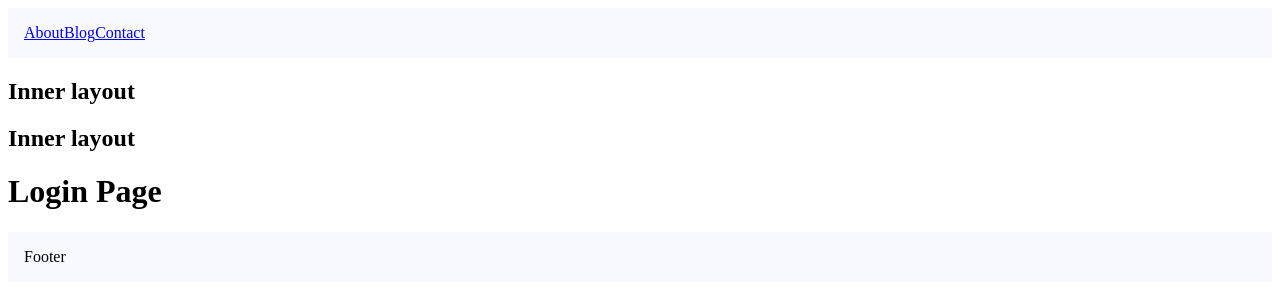
Repository: Mbote-Joseph/Nextjs-Learning
Page: /login
These files come from the project's save history. The page is drawn as it stood at one moment and after the next save; the edit follows.
The browser window is 1280 px wide. The pictures show the whole page.
The project was rebuilt for these pictures with package versions that can differ from the ones it lists, and the page was loaded fresh each time. The framework's server and built-in components were replaced by stand-ins that run in the browser. Also part of the build but not shown: next.config.mjs.

Above is the page before, as saved 2024-09-17 18:03:50.

### src/app/layout.tsx
import { Metadata } from "next"
import Header from "./header"
import Footer from "./footer"

export const metadata: Metadata = {
  title: {
    absolute: "",
    default: "Next.js Tutorial - CodeVolution",
    template: "%s | Learning Next",
  },
  description: 'Generated by Next.js',
}

export default function RootLayout({
  children,
}: {
  children: React.ReactNode
}) {
  return (
    <html lang="en">
      <body>

        <Header />

        {children}

        <Footer/>

        </body>
    </html>
  )
}

### src/app/(auth)/layout.tsx
export default function AuthLayout({
    children,
}: {
    children: React.ReactNode;
}){
    return (
        <div>
            <h2>Inner layout</h2>
            {children}
        </div>
    )
}

### src/app/(auth)/(with-auth-layout)/layout.tsx
export default function AuthLayout({
    children,
}: {
    children: React.ReactNode;
}){
    return (
        <div>
            <h2>Inner layout</h2>
            {children}
        </div>
    )
}

### src/app/(auth)/(with-auth-layout)/login/page.tsx
export default function Login(){
    return <h1>Login Page</h1>
}

### src/app/header.tsx
import Link from 'next/link';
import './header.css';

export default function Header() {
    return (
        <header className="header" style={{
            backgroundColor: "ghostwhite",
            padding: "1rem",
        }}>
            <Link className="navLink" href="/about">About</Link>
            <Link className="navLink"  href="/blog">Blog</Link>
            <Link className="navLink"  href="/contact">Contact</Link>


        </header>
    )
}

### src/app/footer.tsx
export default function Footer(){
    return (
        <footer style={{
            backgroundColor: "ghostwhite",
            padding: "1rem",
          }}>
            Footer
          </footer>

    )
}

### src/app/header.css
.navLink {
    color: "black";
    text-decoration: "none";
    font-size: "1rem";
    margin-right: "2rem";

}

After the next save:
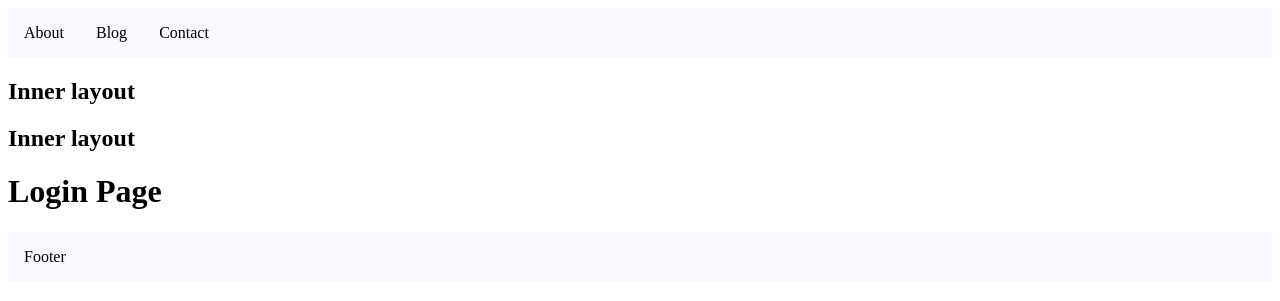
Saved 4 min 22 s later.
--- a/src/app/header.tsx
+++ b/src/app/header.tsx
@@ -7,9 +7,31 @@ export default function Header() {
             backgroundColor: "ghostwhite",
             padding: "1rem",
         }}>
-            <Link className="navLink" href="/about">About</Link>
-            <Link className="navLink"  href="/blog">Blog</Link>
-            <Link className="navLink"  href="/contact">Contact</Link>
+            <Link style={{
+                    color: "black",
+                    textDecoration: "none",
+                    fontSize: "1rem",
+                    marginRight: "2rem",
+            }}
+            className="navLink" href="/about">
+                About
+            </Link>
+            <Link style={{
+                    color: "black",
+                    textDecoration: "none",
+                    fontSize: "1rem",
+                    marginRight: "2rem",
+            }}
+            className="navLink"  href="/blog">Blog</Link>
+            <Link style={{
+                    color: "black",
+                    textDecoration: "none",
+                    fontSize: "1rem",
+                    marginRight: "2rem",
+            }}
+            className="navLink"  href="/contact">
+                Contact
+            </Link>
 
 
         </header>
